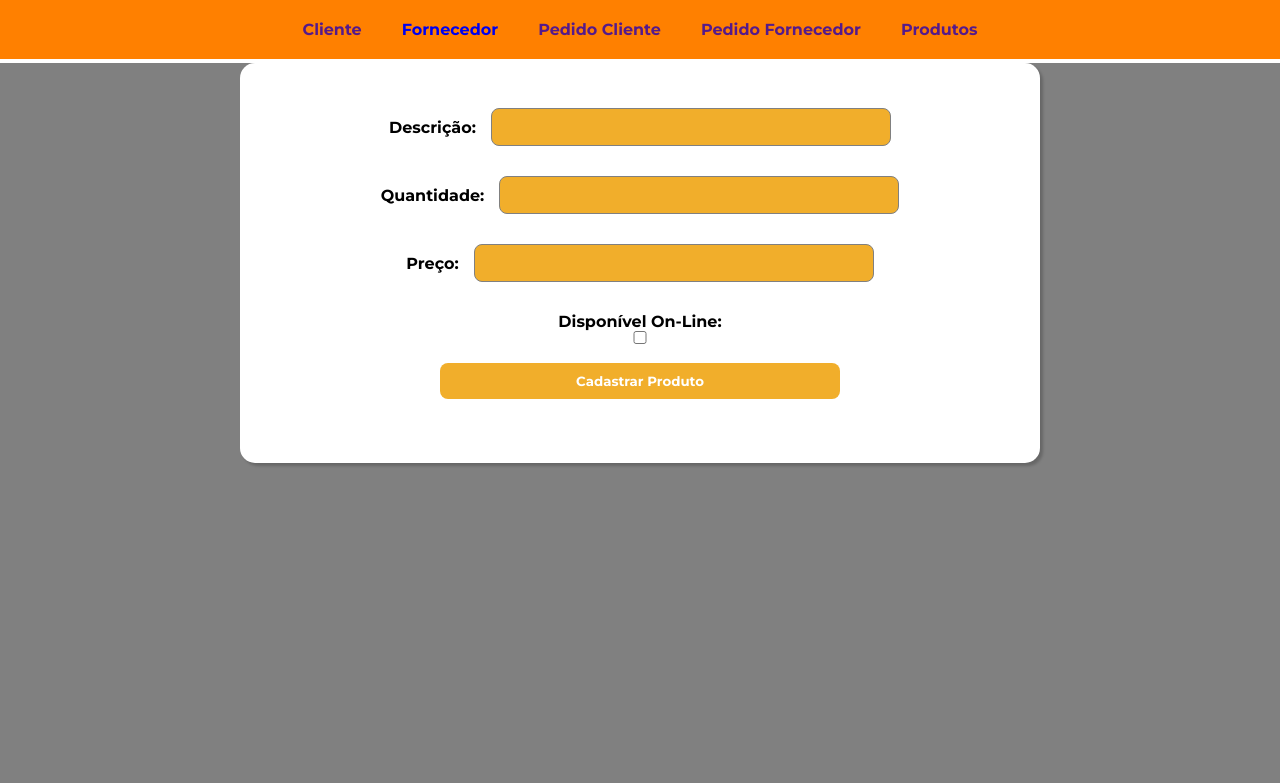
Repository: walterdmp/JavaWeb_BartoBotinas
Page: http://localhost/BartoBotinas/cadastrarFornecedor.jsp
An editor plug-in stored every save of this project. The page is shown before and after the next save, followed by the edit.
The browser window is 1280 px wide. The pictures show the whole page.
The page is served by Tomcat 9. Other server files are loaded and not shown.

Above is the page before, as saved 2024-07-30 18:02:50.

### BartoBotinas/WebContent/cadastrarFornecedor.jsp
<%@ page language="java" contentType="text/html; charset=ISO-8859-1"
	pageEncoding="ISO-8859-1"%>
<!DOCTYPE html>
<html>
<head>
<link rel="stylesheet" href="css/estilo.css">

<meta charset="ISO-8859-1">
<title>Bartô Botinas</title>
</head>
<body>
	<nav class="bartoNav">
		<ul>
			<li><a href="">Cliente</a></li>
			<li><a href="cadastrarFornecedor.jsp">Fornecedor</a></li>
			<li><a href="">Pedido Cliente</a></li>
			<li><a href="">Pedido Fornecedor</a></li>
			<li><a href="">Produtos</a></li>
		</ul>
	</nav>
	<main class="bartoMain">
		<form action="" method="post" class="bananaForm">
			<div>
				<label><strong>Descrição:</strong></label><input type="text"
					name="descricao">
			</div>
			<div>
				<label><strong>Quantidade:</strong></label><input type="text"
					name="quantidade">
			</div>
			<div>
				<label><strong>Preço:</strong></label><input type="text"
					name="preco">
			</div>

			<label><strong>Disponível On-Line:</strong></label><input
				type="checkbox" name="online">
			<br>
			<div>
				<input id="bananaButton" type="submit" name="salvar"
					value="Cadastrar Produto">
			</div>
		</form>
	</main>
</body>
</html>

### BartoBotinas/WebContent/css/estilo.css
@charset "ISO-8859-1";

@import
	url('https://fonts.googleapis.com/css2?family=Montserrat:ital,wght@0,100;0,200;0,300;0,400;0,500;0,600;0,700;0,800;0,900;1,100;1,200;1,300;1,400;1,500;1,600;1,700;1,800;1,900&display=swap')
	;

* {
	margin: 0;
	padding: 0;
	box-sizing: border-box;
	text-decoration: none;
	list-style: none;
	font-family: 'Montserrat', sans-serif;
}

.bartoNav {
	width: 100vw;
}

.bartoMain {
	background-color: gray;
	width: 100vw;
	height: 100vh;
}

.bartoNav ul {
	display: flex;
	flex-direction: row;
	gap: 40px;
	width: 100%;
	justify-content: center;
	padding: 20px;
	background-color: #ff8000;
	color: white;
	font-weight: bold;
}

.bananaForm {
	display: flex;
	flex-direction: column;
	padding: 45px;
	width: 800px;
	height: 400px;
	background-color: white;
	margin: 0 auto;
	margin-top: 4px;
	border-radius: 15px;
	box-shadow: 3px 3px 3px rgba(0, 0, 0, 0.2);
	width: 800px;
	align-items: center;
	align-self: center;
}

.bananaForm input {
	border-radius: 8px;
	border: 1px solid gray;
	width: 80px;
	padding: 10px;
	width: 400px;
	background-color: #F1AE2B;
}

.bananaForm div {
	display: flex;
	align-items: center;
	gap: 15px;
	margin-bottom: 30px;
	gap: 15px;
}

#bananaButton {
	background-color: #F1AE2B;
	border: none;
	color: white;
	font-weight: bold;
	cursor: pointer;
}

After the next save:
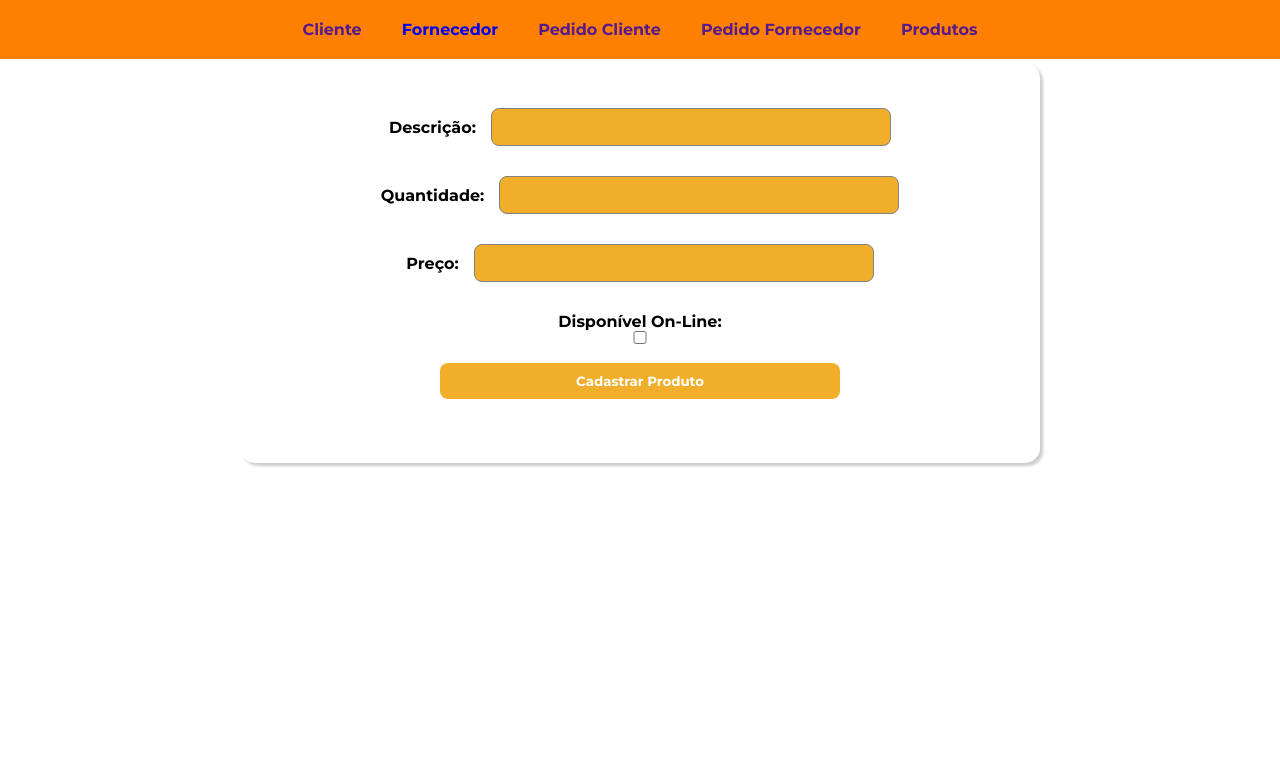
Saved 13 s later.
--- a/BartoBotinas/WebContent/css/estilo.css
+++ b/BartoBotinas/WebContent/css/estilo.css
@@ -18,7 +18,7 @@
 }
 
 .bartoMain {
-	background-color: gray;
+	background-color: steelgray;
 	width: 100vw;
 	height: 100vh;
 }

After the save that followed:
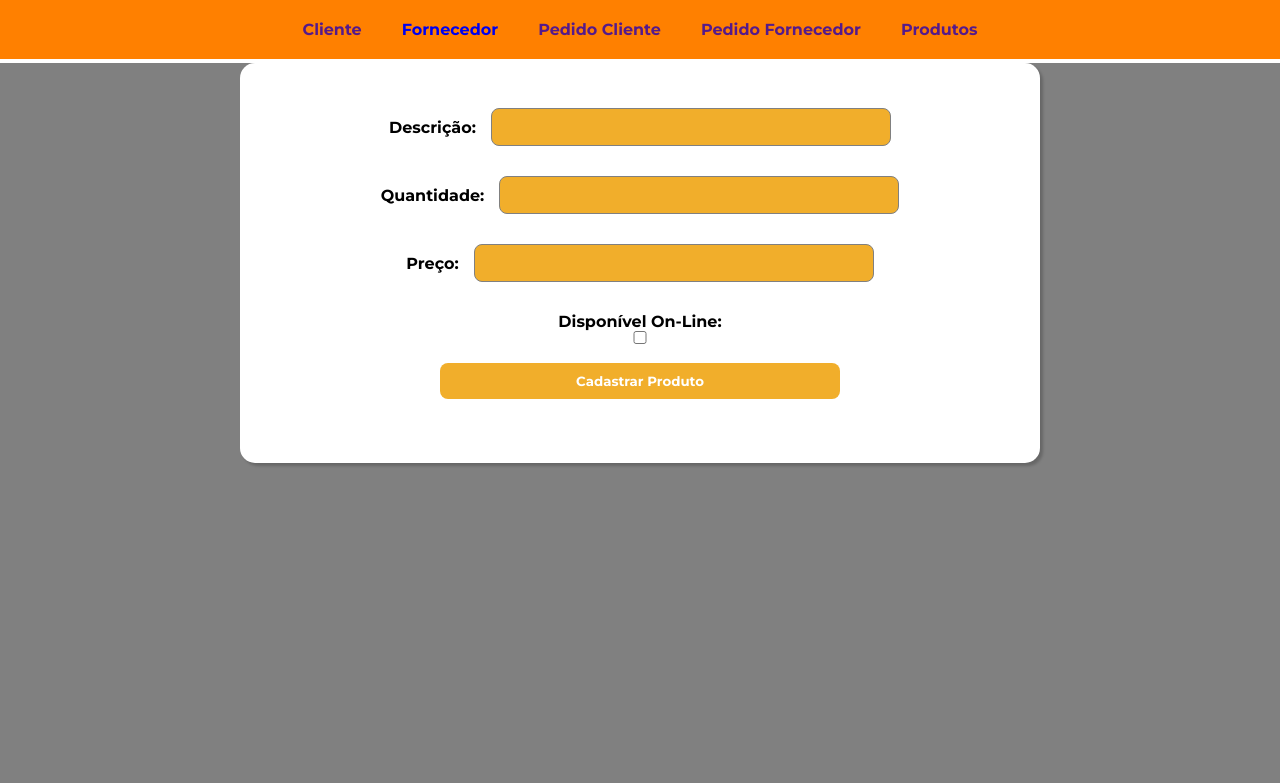
Saved 6 s later.
--- a/BartoBotinas/WebContent/css/estilo.css
+++ b/BartoBotinas/WebContent/css/estilo.css
@@ -18,7 +18,7 @@
 }
 
 .bartoMain {
-	background-color: steelgray;
+	background-color: gray;
 	width: 100vw;
 	height: 100vh;
 }
